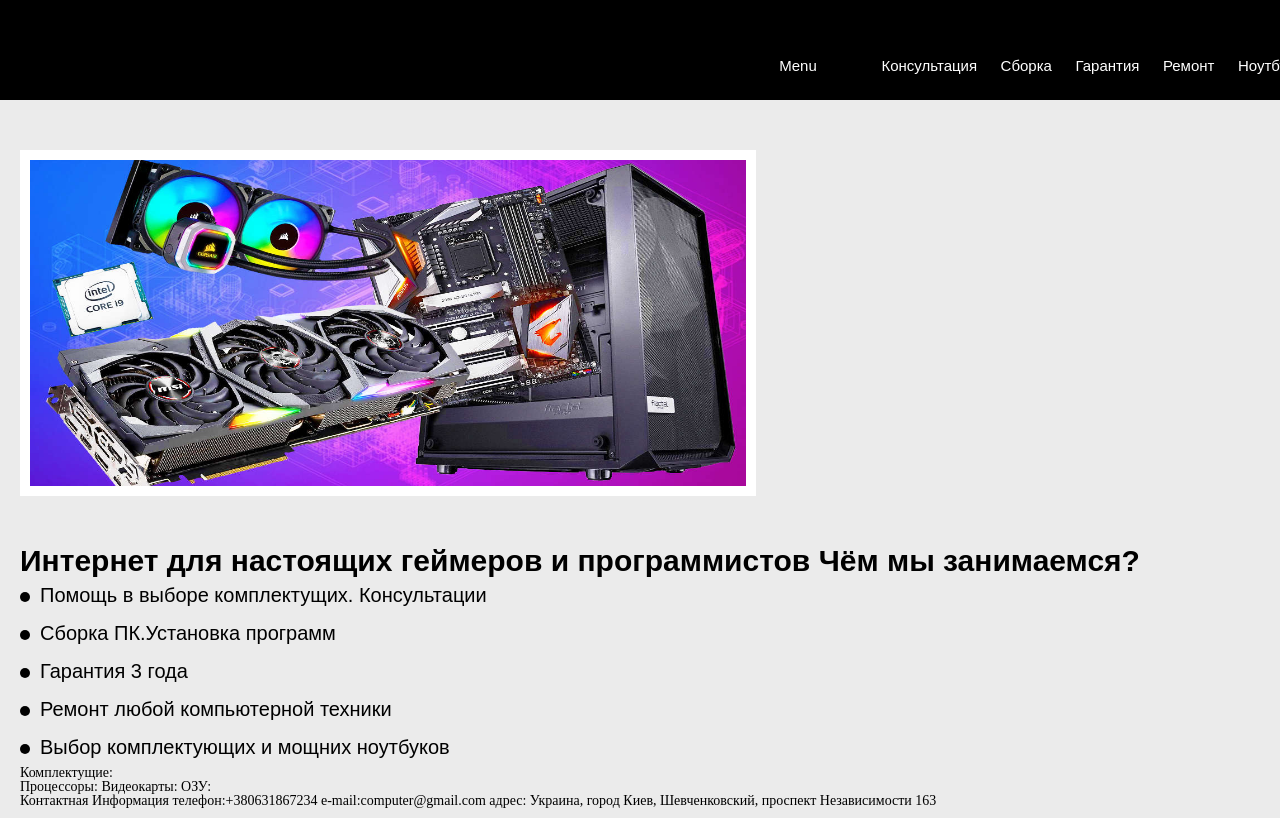
Repository: Bohdan-Sandovenko/First-Project-Flex
Page: index.html
These files come from the project's save history. The page is drawn as it stood at one moment and after the next save; the edit follows.
The browser window is 1280 px wide. The pictures show the whole page.
The style sheet was rebuilt from its Sass, Less or Tailwind sources for each picture, by a compiler version that may differ from the author's.

Above is the page before, as saved 2024-07-26 23:36:43.

### index.html
<!DOCTYPE html>
<html lang="en">
<head>
    <meta charset="UTF-8">
    <meta name="viewport" content="width=device-width, initial-scale=1.0">
    <link rel="stylesheet" href="css/style.css">
    <title>Document</title>
</head>
<body>
    <header class="top-of-site">
        <nav class="nav-links-of-top">
            <button class="button-menu">Menu</button>
            <a href="">Консультация</a>
            <a href="">Сборка</a>
            <a href="">Гарантия</a>
            <a href="">Ремонт</a>
            <a href="">Ноутбуки</a>
        </nav>
    </header>
    <main class="content">
        <div class="content-top">
            <div class="content-top-image-block">
                <img src="images/first images.jpg" alt="sorry" class="content-top-image">
            </div>
            <span class="content-top-text-inside">Интернет для настоящих геймеров и программистов
            Чём мы занимаемся?</span>
            <ul class="content-top-list">
                <li>Помощь в выборе комплектущих. Консультации</li>
                <li>Сборка ПК.Установка программ</li>
                <li>Гарантия 3 года</li>
                <li>Ремонт любой компьютерной техники</li>
                <li>Выбор комплектующих и мощних ноутбуков</li>
            </ul>
        </div>
        <div class="content-bottom">
            Комплектущие:
            <div class="photos-computer-compotent">
                Процессоры:
                Видеокарты:
                ОЗУ:
            </div>
        </div>
        <footer class="footer">
            Контактная Информация
            телефон:+380631867234
            e-mail:computer@gmail.com
            адрес: Украина, город Киев, Шевченковский, проспект Независимости 163
        </footer>
    </main>
</body>
</html>

### css/style.scss
@import "nullstyles.scss";
$color-black: black;
$color-white: white;
$color-green: rgb(5, 132, 132);
$color-grey: rgb(196, 199, 199);
$color-content: rgb(235, 235, 235);
$font-family-top: Arial, Helvetica, sans-serif;
$font-weight-header: 400;
$back-color-list-before: black;

.top-of-site {
    width: 100%;
    height: 100px;
    background-color: black;
    padding: 50px;
    position: fixed;

    .nav-links-of-top {
        position: relative;
        top: 50%;
        right: -60%;

        .button-menu {
            margin: 0 40px 0px 0px;
            height: 30px;
            width: 80px;
            border-radius: 5px;
            background-color: $color-black;
            color: $color-white;
            font-family: $font-family-top;
            font-weight: $font-weight-header;
            font-size: 15px;

            &:hover {
                opacity: 0.9;
                border: 1px solid $color-green;
            }

            &:active {
                width: 79.5px;
                color: $color-grey;
            }

        }
    }

    a {
        padding: 0 20px 0 0;
        color: $color-white;
        font-family: Arial, Helvetica, sans-serif;
        font-weight: 400;
        font-size: 15px;
    }
}

////////////////////////////////////////////////////////////////////////////////////////////////
.content {
    padding: 100px 20px 10px 20px;
    background-color: $color-content;

    .content-top {
        .content-top-image-block {
            margin: 50px 0px 50px 0px;

            .content-top-image {
                width: 736px;
                height: 346px;
                border: 10px solid $color-white;
            }
        }

        .content-top-text-inside {
            font-family: $font-family-top;
            font-weight: 700;
            font-size: 30px;
        }

        .content-top-list li {
            font-family: $font-family-top;
            font-size: 20px;
            line-height: 1.9;

            &::before {
                content: "";
                border-radius: 50%;
                width: 10px;
                height: 10px;
                background-color: $back-color-list-before;
                display: inline-block;
                margin-right: 10px;
            }
        }
    }
}

### css/nullstyles.scss
* {
    padding: 0;
    margin: 0;
    border: 0;
}


*,
*:before,
*:after {
    -webkit-box-sizing: border-box;
    -moz-box-sizing: border-box;
    box-sizing: border-box;
}


:focus,
:active {
    outline: none;
}

a:focus,
a:active {
    outline: none;
}


nav,
footer,
header,
aside {
    display: block;
}


html,
body {
    height: 100%;
    width: 100%;
    font-size: 100%;
    line-height: 1;
    font-size: 14px;
    -ms-text-size-adjust: 100%;
    -moz-text-size-adjust: 100%;
    -webkit-text-size-adjust: 100%;
}


input,
button,
textarea {
    font-family: inherit;
}


input::-ms-clear {
    display: none;
}

button {
    cursor: pointer;
}

button::-moz-focus-inner {
    padding: 0;
    border: 0;
}

a,
a:visited {
    text-decoration: none;
}

a:hover {
    text-decoration: none;
}

ul li {
    list-style: none;
}

img {
    vertical-align: top;
}

h1,
h2,
h3,
h4,
h5,
h6 {
    font-size: inherit;
    font-weight: 400;
}

After the next save:
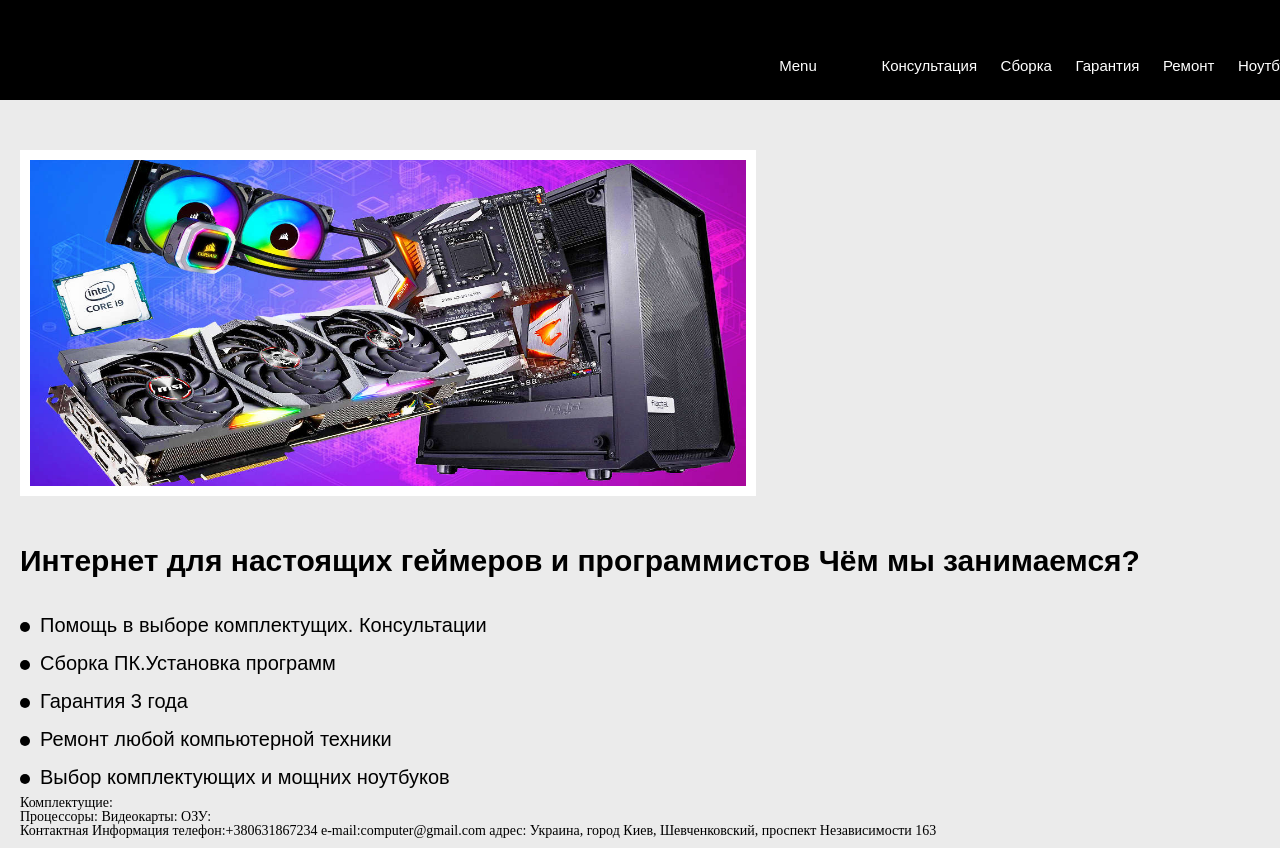
Saved 39 s later.
--- a/css/style.scss
+++ b/css/style.scss
@@ -75,6 +75,10 @@
             font-size: 30px;
         }
 
+        .content-top-list {
+            margin-top: 30px;
+        }
+
         .content-top-list li {
             font-family: $font-family-top;
             font-size: 20px;
